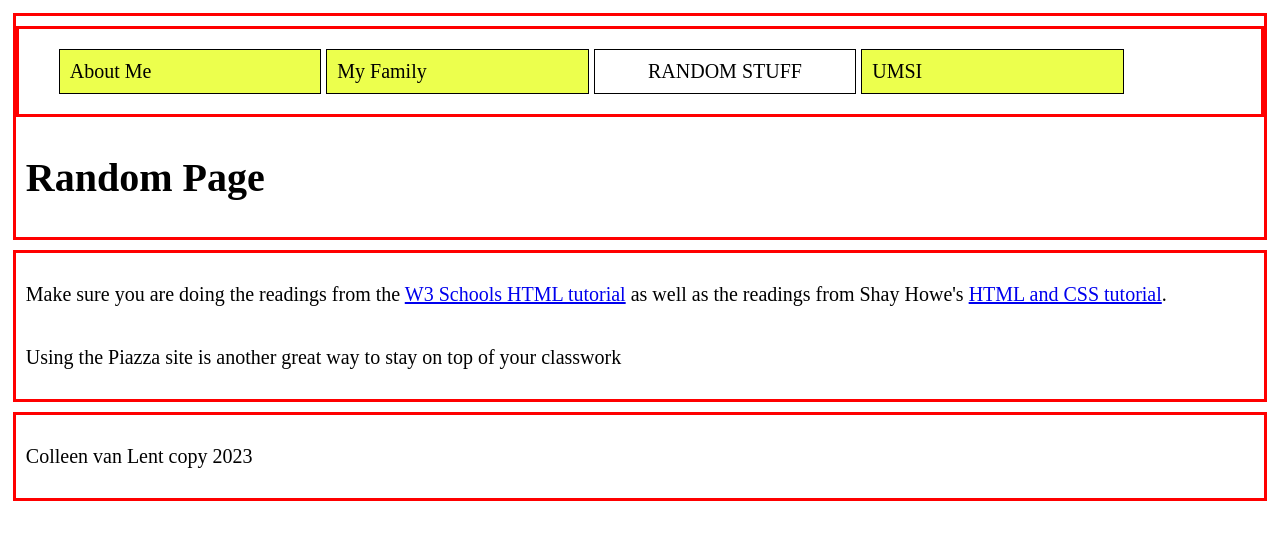
Repository: lulyany/hw1-2023
Page: random.html
An editor plug-in stored every save of this project. The page is shown before and after the next save, followed by the edit.
The browser window is 1280 px wide. The pictures show the whole page.

Above is the page before, as saved 2023-09-04 18:54:33.
Not found: css/rest.css

### random.html
<!DOCTYPE html>
<html lang="en">
<head>
	<!--  TIP
	You will find any errors from the head section using the console. -->
	<meta charset="UTF-8">
	<meta name="viewport" content="width=device-width, initial-scale=1.0">
	<link rel="icon" href="imgs/favicon">
	<link rel="stylesheet" href="css/rest.css">
	<link rel="stylesheet" href="css/style.css">
	<title>Random</title>
</head>
<body>
	<!-- header -->
	<header>
		<nav>
			<ul>
				<li>About Me</li>
				<li>My Family</li>
				<li class="active">Random Stuff</li>
				<li>UMSI</li>
			</ul>
		</nav>
	<h1>Random Page</h1>
	</header>

	<!-- main -->
	<main>
	<p>Make sure you are doing the readings from the <a href = "www.w3schools.com/html/">W3 Schools HTML
		tutorial</a> as well as the readings from Shay Howe's
		<a href = "https://learn.shayhowe.com/html-css/"<a>HTML and CSS tutorial</a>.
	</p>
	<p>Using the Piazza site is another great way to stay on top of your classwork</p>
	</main>

	<!-- footer -->
	<footer>
		<p>Colleen van Lent copy 2023</p>
	</footer>
</body>
</html>

### css/style.css
/*Add padding and margin to space out the page.
Make the font larger too.*/
body{
	margin:1%;
	font-size:125%;
}

/*Make the h1 heading bigger with a bold font*/
h1{
	font-size: 2em;
	font-weight: bold;
}

.active{
	background: white;
    text-transform: uppercase;
	text-align: center;
}

.active a{
	text-decoration: none;;
}

/*Style the images*/
img{
    height: 150px;
	width:auto;
    border: 3px solid blue;
    padding: 25px;
    border-radius: 20px;
    margin: 5px;
	margin-left: 10%
}

/*Make the h2 heading match h1*/
h2{
	font-size: 2em;
	font-weight: bold;
}

/*Improve the spacing for paragraphs AND headings*/
p, h1, h2 {
    padding: 10px;
}

/*Add borders around the main components and some
space too*/
header, nav, main, footer{
	border: 3px solid red;
	margin: 10px 0;
}


/*Change the styling for all of the list
items in the nav section*/
nav ul li{
	background-color: #ECFF4D;
	padding:10px;
	width:25%;
	border:1px solid black;
	display: inline-block;
	width: 20%;
}

/*Added this so the links stay the same color*/
a:visited{color:#0000FF}

After the next save:
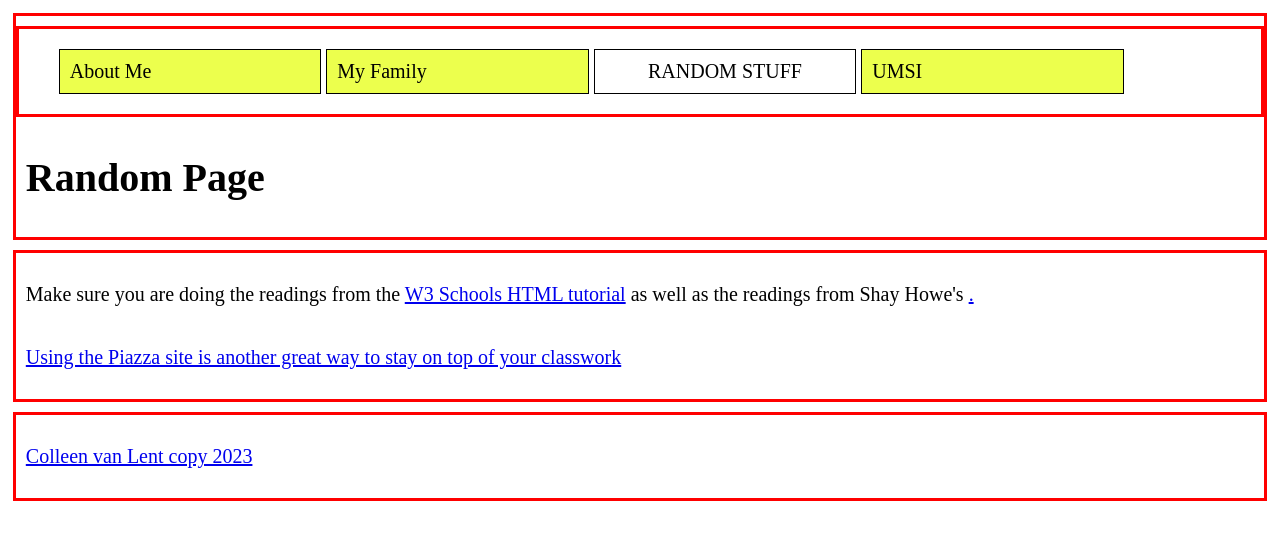
Saved 6 s later.
--- a/random.html
+++ b/random.html
@@ -28,7 +28,7 @@
 	<main>
 	<p>Make sure you are doing the readings from the <a href = "www.w3schools.com/html/">W3 Schools HTML
 		tutorial</a> as well as the readings from Shay Howe's
-		<a href = "https://learn.shayhowe.com/html-css/"<a>HTML and CSS tutorial</a>.
+		<a href = "https://learn.shayhowe.com/html-css/"HTML and CSS tutorial</a>.
 	</p>
 	<p>Using the Piazza site is another great way to stay on top of your classwork</p>
 	</main>
